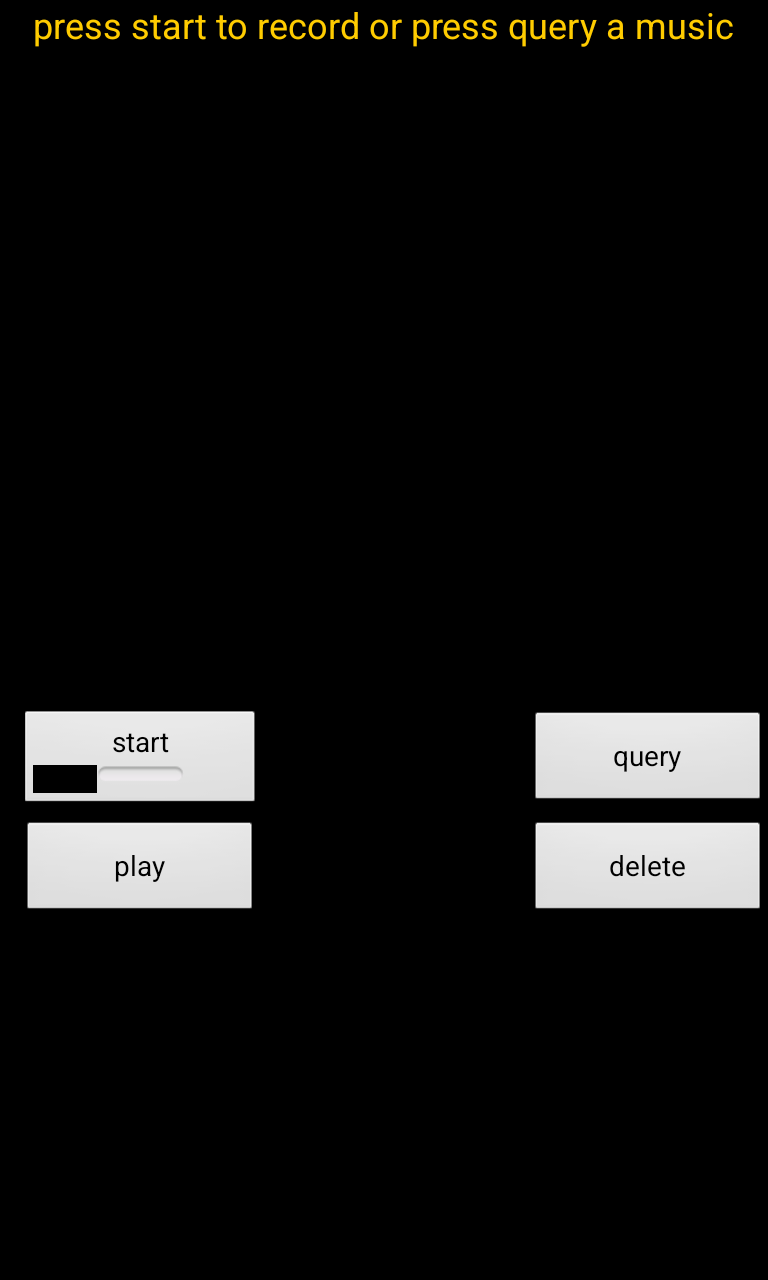
Repository: FreyrChen/tucan_Linux_practice
Layout: 4_Android_program/MusicIdentify/res/layout/activity_main.xml
An editor plug-in stored every save of this project. The layout is shown before and after the next save, followed by the edit.
It is drawn on a 768 x 1280 px phone screen (xhdpi) without system bars, with theme AppTheme; the app's code is not run.

Above is the layout before, as saved 2013-05-30 09:06:36.

### 4_Android_program/MusicIdentify/res/layout/activity_main.xml
<RelativeLayout xmlns:android="http://schemas.android.com/apk/res/android"
    xmlns:tools="http://schemas.android.com/tools"
    android:layout_width="match_parent"
    android:layout_height="match_parent"
    android:background="#000000"
    tools:context=".MainActivity" >

    <TextView
        android:id="@+id/info_text"
        android:layout_width="wrap_content"
        android:layout_height="350dp"
        android:layout_centerHorizontal="true"
        android:textSize="18sp"
        android:text="@string/init_text"
        android:background="#00FF0000"
	    android:textColor="#FFCC00"
    />

     <ToggleButton
		android:id="@+id/start_button"
		android:textOn="@string/stop"
		android:textOff="@string/start"
	 	android:layout_width="120dp"
	 	android:layout_height="50dp"
	    android:layout_alignParentLeft="true"
	    android:layout_marginTop="5dp"
	    android:layout_marginLeft="10dp"
	    android:layout_below="@+id/info_text"
 	/>

    <Button
	 	android:id="@+id/query_button"
	 	android:layout_width="120dp"
	 	android:layout_height="50dp"
	 	android:text="@string/query"
	    android:layout_marginTop="5dp"
	    android:layout_marginLeft="10dp"
	    android:layout_alignParentRight="true"
	    android:layout_below="@+id/info_text"
 	/>

    <Button
	 	android:id="@+id/play_button"
		android:text="@string/play"
	 	android:layout_width="120dp"
	 	android:layout_height="50dp"
	    android:layout_alignParentLeft="true"
	    android:layout_marginTop="5dp"
	    android:layout_marginLeft="10dp"
	    android:layout_below="@+id/start_button"
 	/>


    <Button
	 	android:id="@+id/delete_button"
	 	android:layout_width="120dp"
	 	android:layout_height="50dp"
	 	android:text="@string/delete"
	    android:layout_marginTop="5dp"
	    android:layout_marginLeft="10dp"
	    android:layout_alignParentRight="true"
	    android:layout_below="@+id/query_button"
 	/>





</RelativeLayout>

### 4_Android_program/MusicIdentify/res/values/strings.xml
<?xml version="1.0" encoding="utf-8"?>
<resources>

    <string name="app_name">MusicIdentify</string>
    <string name="init_text">press start to record or press query a music</string>
    <string name="menu_settings">Settings</string>
    <string name="start">start</string>
    <string name="stop">stop</string>
    <string name="play">play</string>
    <string name="query">query</string>
    <string name="delete">delete</string>


</resources>

Loaded but not shown: 4_Android_program/MusicIdentify/res/values/styles.xml (common file)

After the next save:
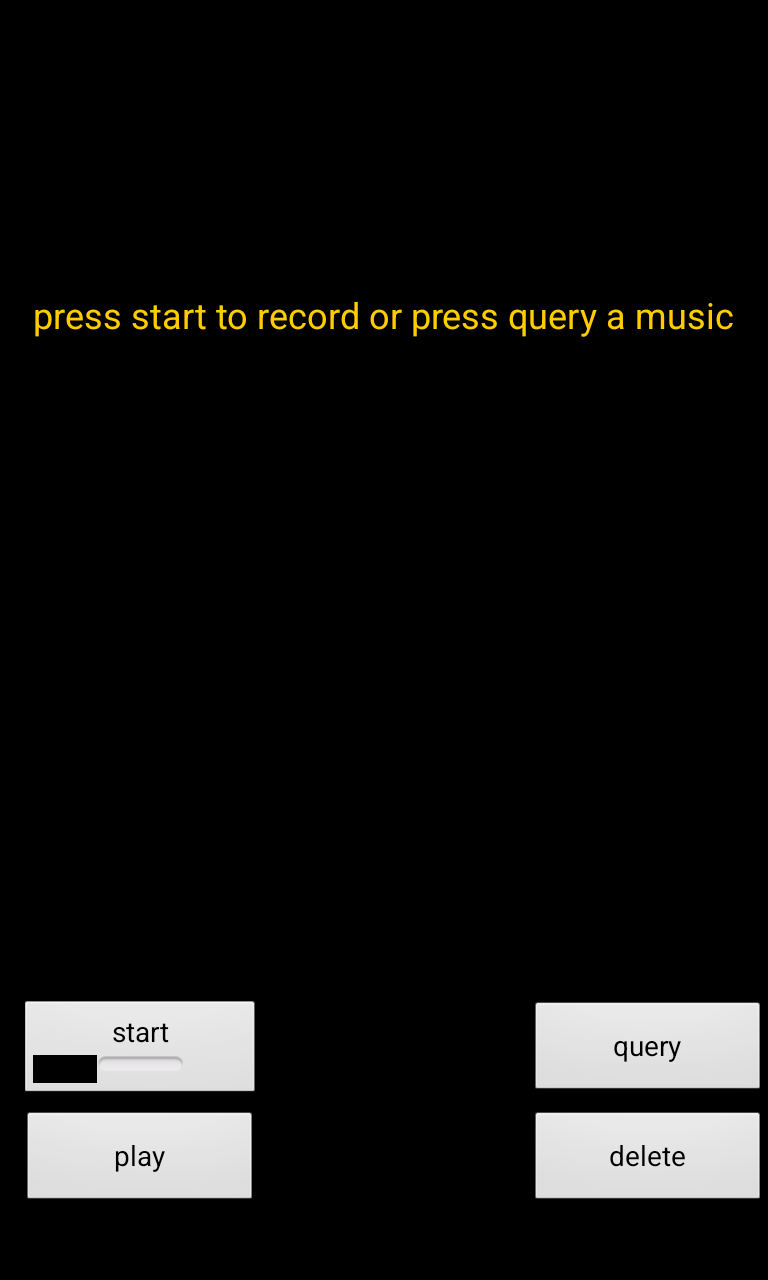
Saved 3 min 26 s later.
--- a/4_Android_program/MusicIdentify/res/layout/activity_main.xml
+++ b/4_Android_program/MusicIdentify/res/layout/activity_main.xml
@@ -10,6 +10,7 @@
         android:layout_width="wrap_content"
         android:layout_height="350dp"
         android:layout_centerHorizontal="true"
+        android:layout_centerVertical="true"
         android:textSize="18sp"
         android:text="@string/init_text"
         android:background="#00FF0000"

After the 2 saves that followed:
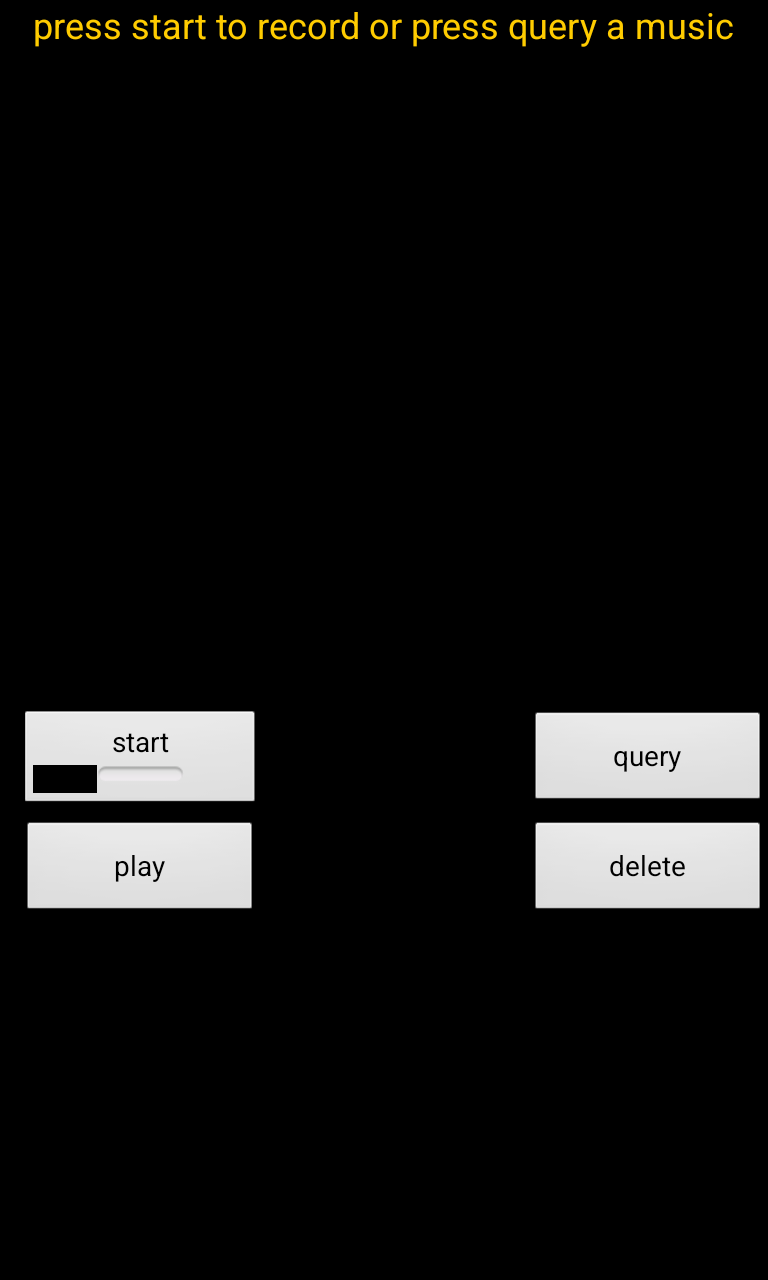
The 2 saves are shown as one change because 1 did not build or start.
The last was saved 38 s later.
--- a/4_Android_program/MusicIdentify/res/layout/activity_main.xml
+++ b/4_Android_program/MusicIdentify/res/layout/activity_main.xml
@@ -10,7 +10,6 @@
         android:layout_width="wrap_content"
         android:layout_height="350dp"
         android:layout_centerHorizontal="true"
-        android:layout_centerVertical="true"
         android:textSize="18sp"
         android:text="@string/init_text"
         android:background="#00FF0000"
